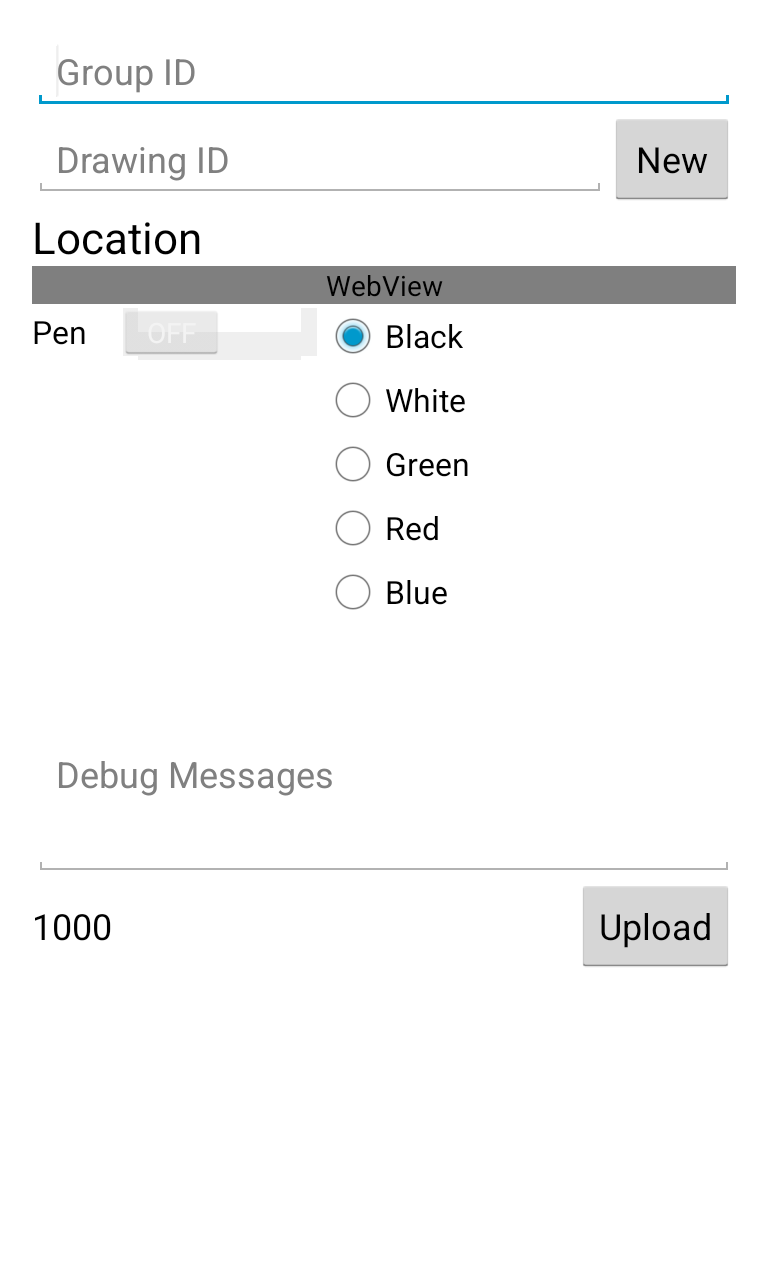
Repository: orsonteodoro/gpsdraw
Layout: gpsdraw/gpsdraw/res/layout/fragment_gpsdraw.xml
An editor plug-in stored every save of this project. The layout is shown before and after the next save, followed by the edit.
Pictures or frames that could not be fetched are drawn as grey boxes. It is drawn on a 768 x 1280 px phone screen (xhdpi) without system bars, with theme AppTheme; the app's code is not run.

Above is the layout before, as saved 2014-05-05 21:47:10.

After the next save:
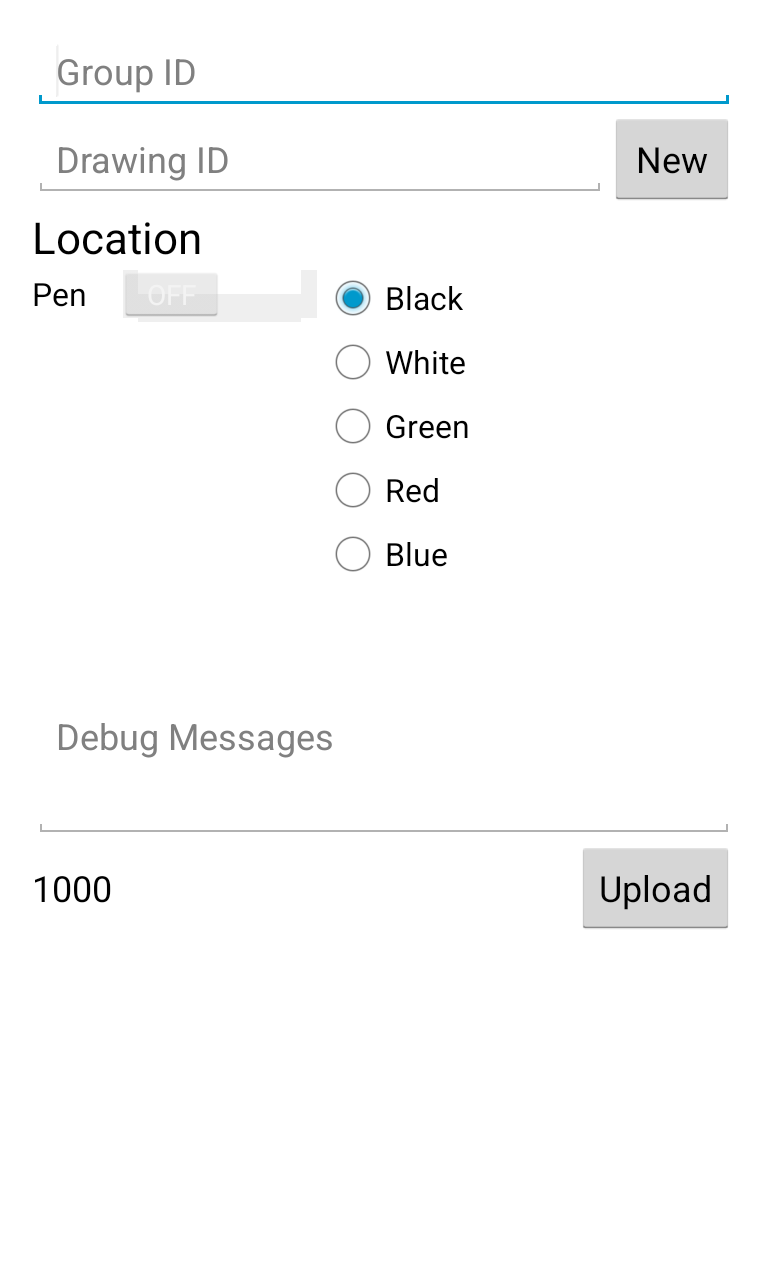
Saved 21 s later.
--- a/gpsdraw/gpsdraw/res/layout/fragment_gpsdraw.xml
+++ b/gpsdraw/gpsdraw/res/layout/fragment_gpsdraw.xml
@@ -52,11 +52,6 @@
             android:layout_height="wrap_content"
             android:text="@string/location"
             android:textAppearance="?android:attr/textAppearanceLarge" />
-
-        <WebView
-            android:id="@+id/webView1"
-            android:layout_width="match_parent"
-            android:layout_height="match_parent" />
 
         <LinearLayout
             android:layout_width="match_parent"
